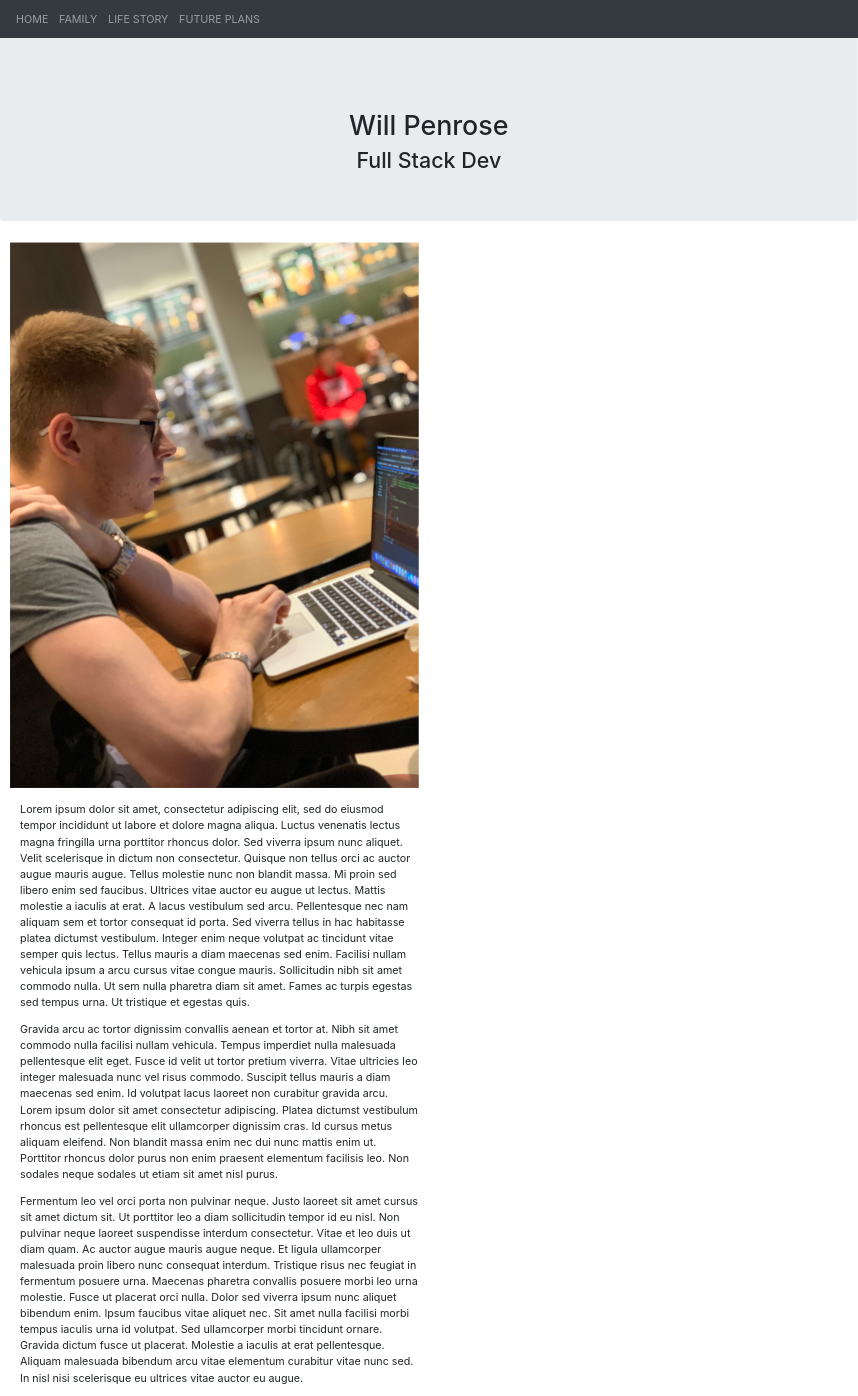
Repository: Code-Institute-Submissions/user-centric-frontend-dev-milestone-project
Page: index.html
The author's editor kept a record of every edit. The page is drawn from the files as they stood at one moment, then again after the next edit.
The browser window is 1280 px wide. The pictures show the whole page, at 67% of full size.

Above is the page before.

After the next edit:
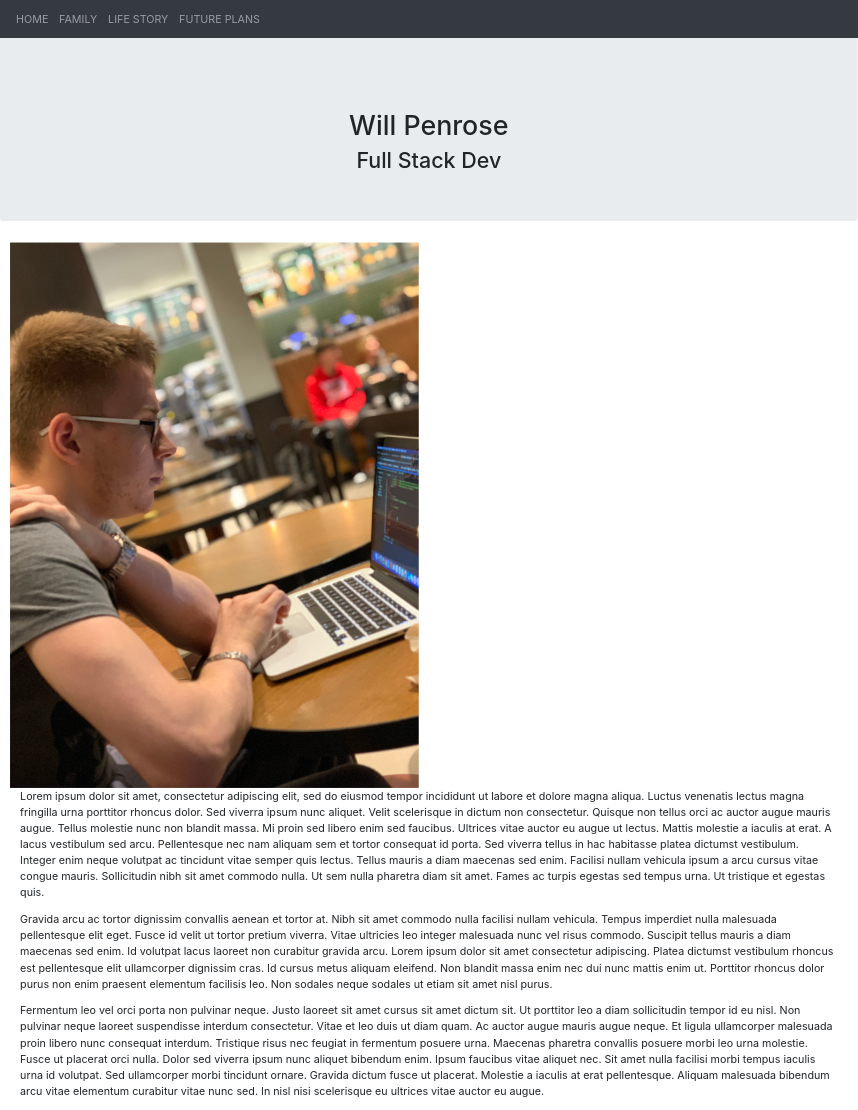
The edit:
--- a/index.html
+++ b/index.html
@@ -56,7 +56,7 @@
                     <img src="assets/images/will.jpg" class="image"></img>
                 </div>
             </div>
-            <div class="col-sm-12 col-md-12 col-lg-6 home-paragraphs">
+            <div class="col-sm-12 col-md-12home-paragraphs">
                 <p>
                     Lorem ipsum dolor sit amet, consectetur adipiscing elit, sed do eiusmod tempor incididunt ut labore et dolore magna aliqua. Luctus venenatis lectus magna fringilla urna porttitor rhoncus dolor. Sed viverra ipsum nunc aliquet. Velit scelerisque in dictum
                     non consectetur. Quisque non tellus orci ac auctor augue mauris augue. Tellus molestie nunc non blandit massa. Mi proin sed libero enim sed faucibus. Ultrices vitae auctor eu augue ut lectus. Mattis molestie a iaculis at erat. A lacus
